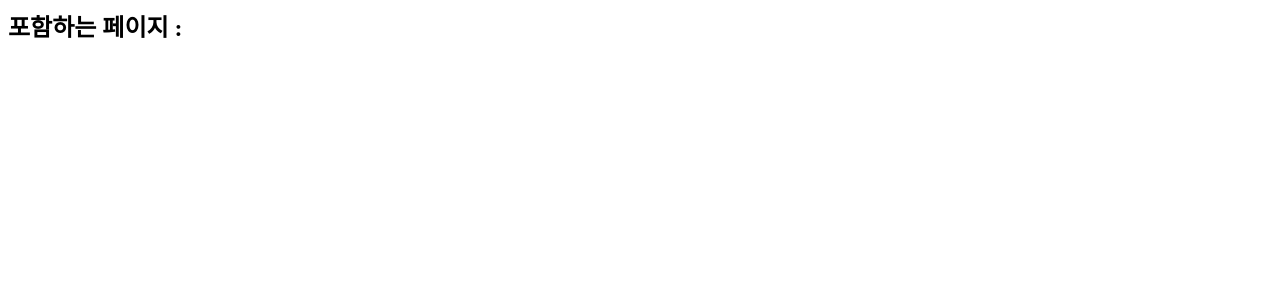
Repository: LTaeHoon/javajsp_ncs
Page: http://localhost/chap03_ActionTag/actionTag/include/includeResult.jsp
The author's editor kept a copy of each file at every save. The page is drawn from the files as they stood at one save, then again after the next save.
The browser window is 1280 px wide. The pictures show the whole page.
The page is served by Tomcat 9.

Above is the page before, as saved 2017-01-17 01:04:48.

After the next save:
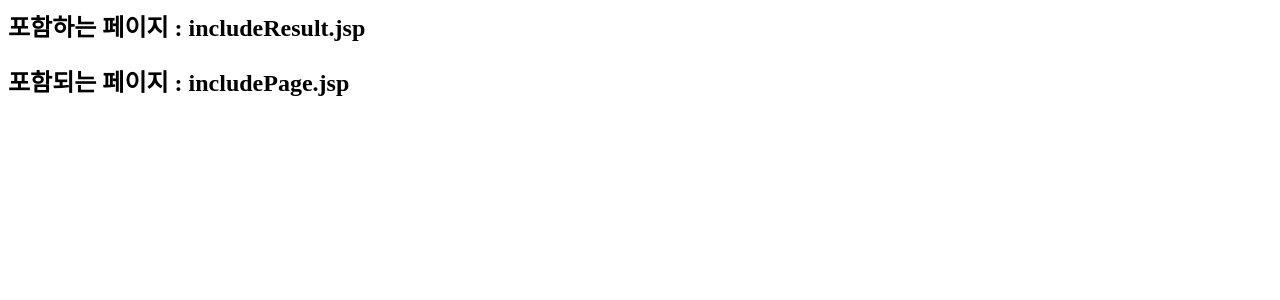
Saved 24 s later.
--- a/chap03_ActionTag/WebContent/actionTag/include/includeResult.jsp
+++ b/chap03_ActionTag/WebContent/actionTag/include/includeResult.jsp
@@ -10,4 +10,5 @@
 
 	%>
 
-	<h2> 포함하는 페이지 : </h2>
+	<h2> 포함하는 페이지 : includeResult.jsp </h2>
+	<h2> 포함되는 페이지 : includePage.jsp </h2>
